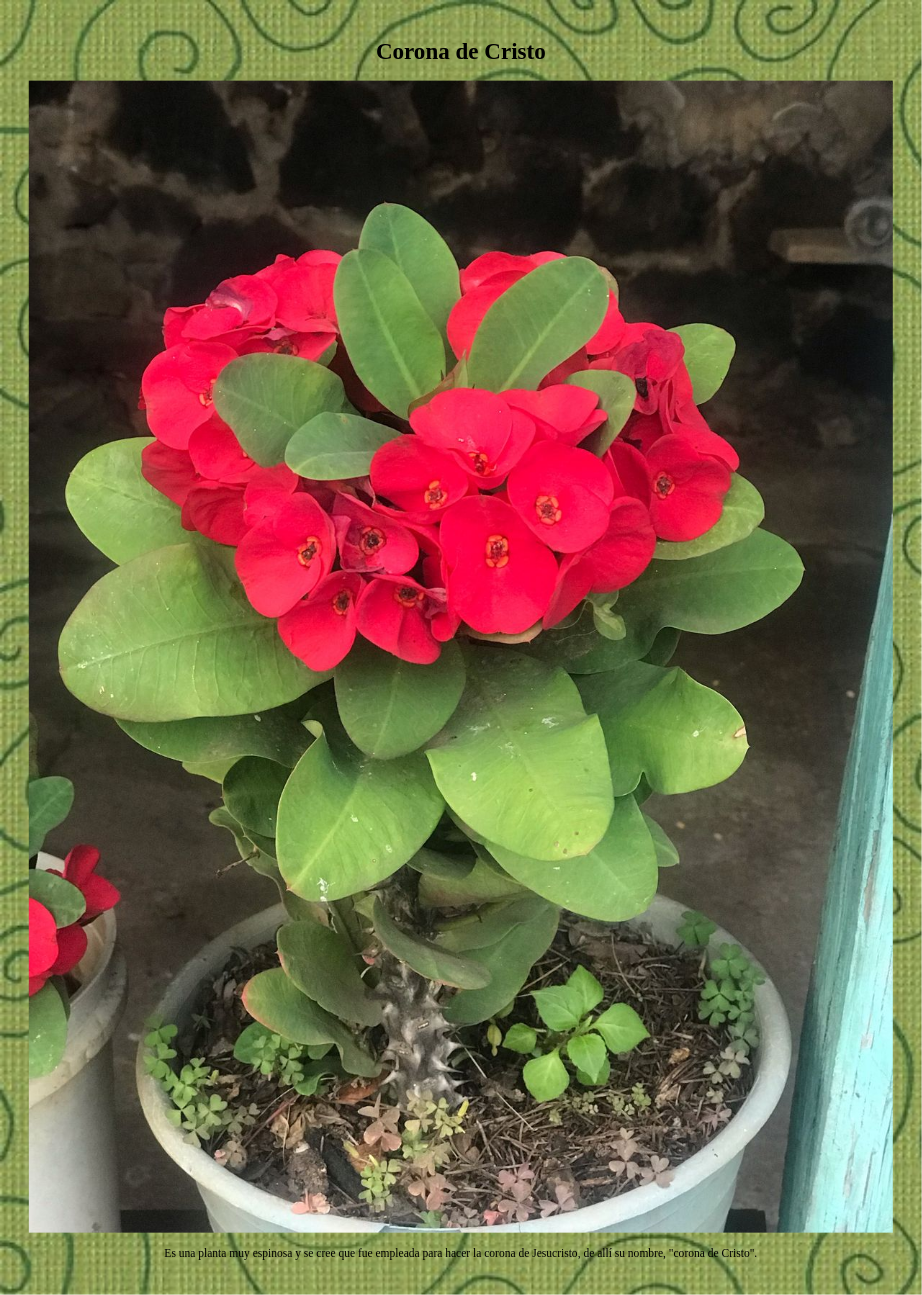
Repository: carrascokarencb37-afk/Nuura
Page: html/guiaPlant/planta1.html
These files come from the project's save history. The page is drawn as it stood at one moment and after the next save; the edit follows.
The browser window is 1280 px wide. The pictures show the whole page, at 72% of full size.

Above is the page before, as saved 2026-05-22 22:43:06.

### html/guiaPlant/planta1.html
<!DOCTYPE html>
<html lang="en">
<head>
    <meta charset="UTF-8">
    <meta name="viewport" content="width=device-width, initial-scale=1.0">
    <title>Nuura - Corona de Cristo</title>
    <link rel="stylesheet" href="../css/guiasPlant.css">
</head>
<body>
    <h1>Corona de Cristo</h1>

    <div class="container">
        <img class="foto" src="../img/plantas/coronita.jpg">
        <p>Es una planta muy espinosa y se cree que fue empleada para
            hacer la corona de Jesucristo, de allí su nombre, "corona de Cristo".</p>
    </div>
</body>
</html>

### css/guiasPlant.css
/*Importar fuente chewy*/
@font-face {
    font-family: 'chewy';
    src: url(../fonts/Chewy-Regular.ttf) format('truetype');
    font-weight: normal;
    font-style: normal;
}
body {
    background-image: url(../img/fondo_medio.jpg);
    background-size: cover;
    margin: 0;
    justify-content: center;
    text-align: center;
    padding: 2rem;
}

After the next save:
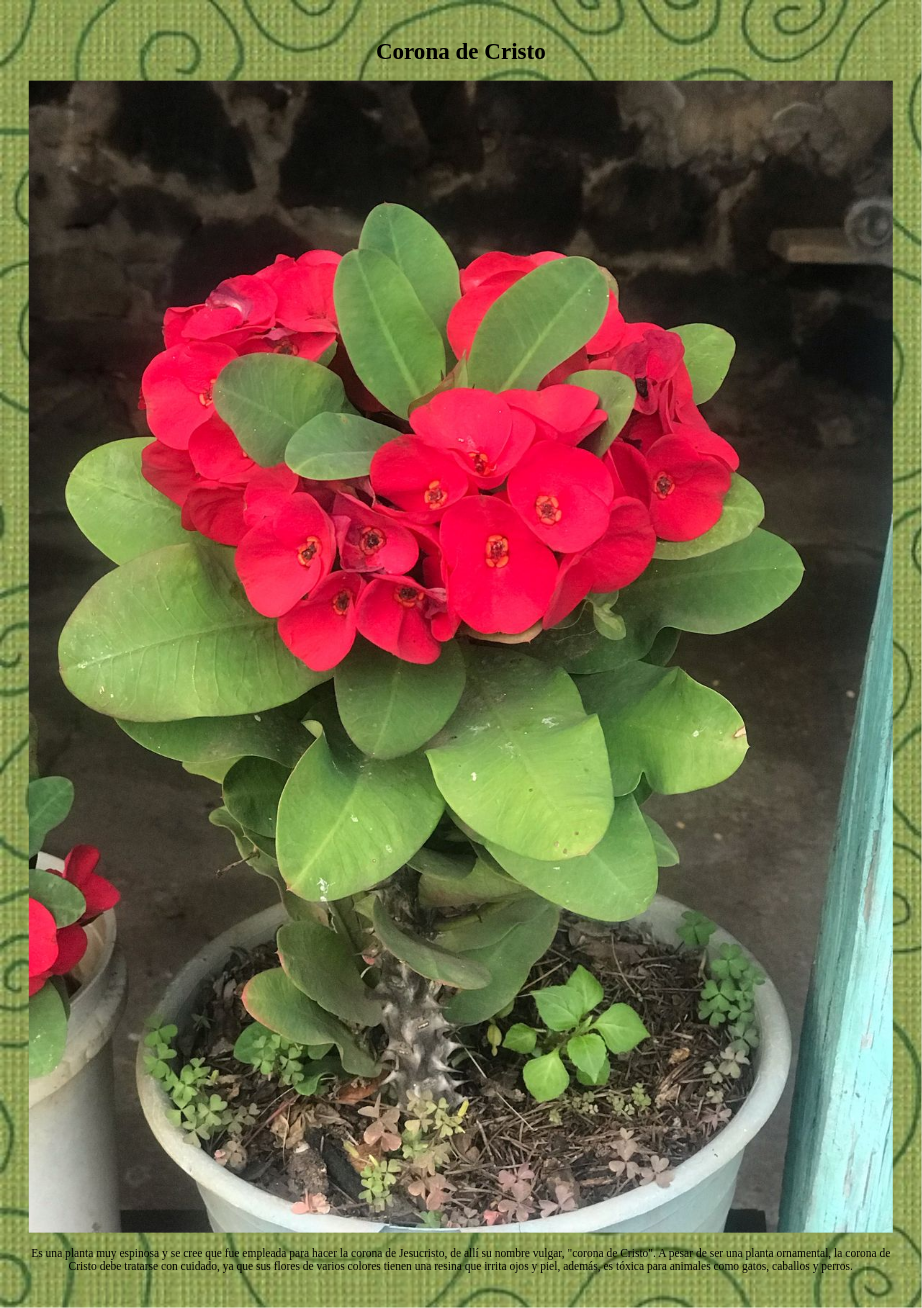
Saved 60 s later.
--- a/html/guiaPlant/planta1.html
+++ b/html/guiaPlant/planta1.html
@@ -11,8 +11,12 @@
 
     <div class="container">
         <img class="foto" src="../img/plantas/coronita.jpg">
-        <p>Es una planta muy espinosa y se cree que fue empleada para
-            hacer la corona de Jesucristo, de allí su nombre, "corona de Cristo".</p>
+        <p>Es una planta muy espinosa y se cree que fue empleada para hacer
+            la corona de Jesucristo, de allí su nombre vulgar, "corona de Cristo".
+            A pesar de ser una planta ornamental, la corona de Cristo debe tratarse
+            con cuidado, ya que sus flores de varios colores tienen una resina que
+            irrita ojos y piel, además, es tóxica para animales como gatos, caballos y
+            perros.</p>
     </div>
 </body>
 </html>
